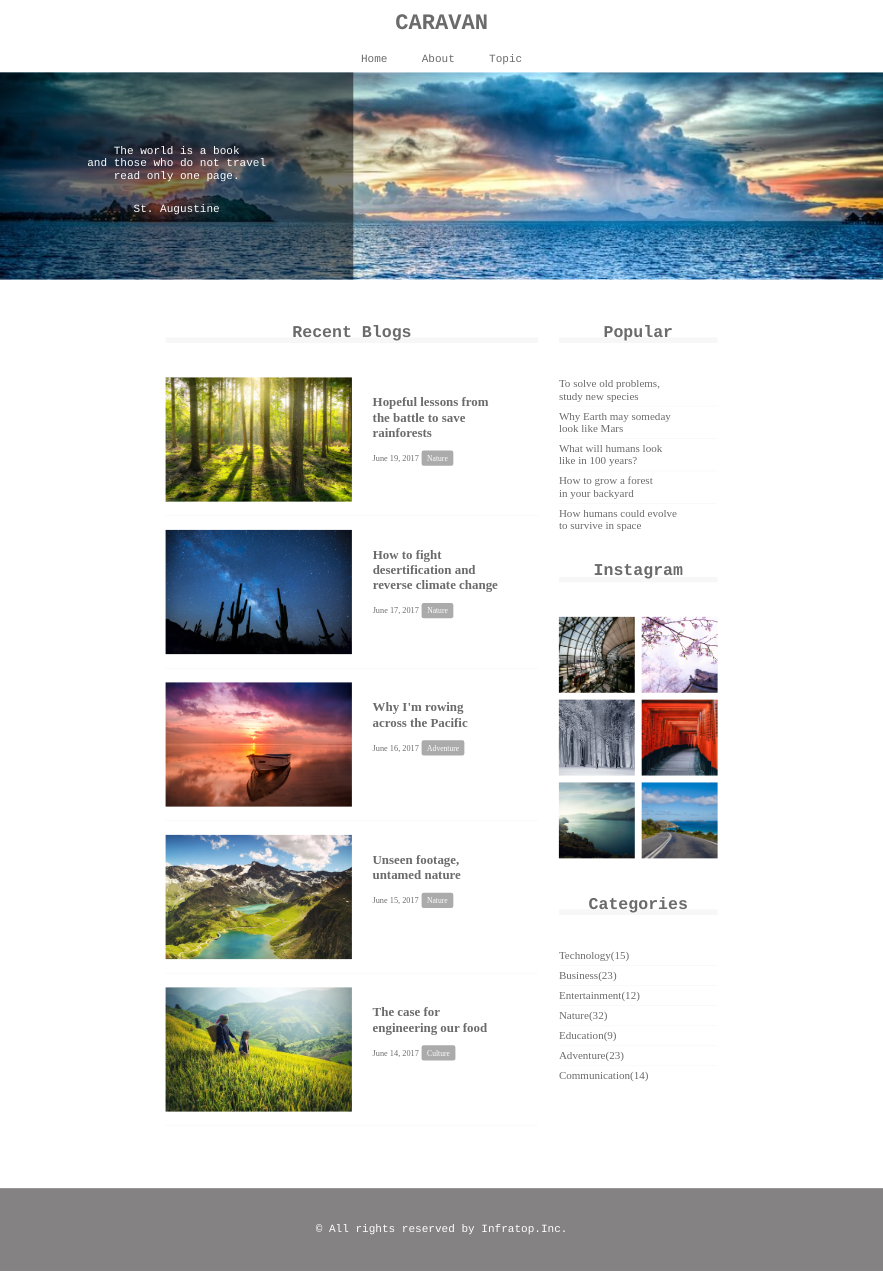
Repository: cacaobucks/git-practice
Page: caravan/index.html
The author's editor kept a record of every edit. The page is drawn from the files as they stood at one moment, then again after the next edit.
The browser window is 1280 px wide. The pictures show the whole page, at 69% of full size.

Above is the page before.

### caravan/index.html
<!DOCTYPE html>
<html lang="ja">
  <head>
    <meta charset="UTF-8" />
    <!-- CSSファイルの読み込み -->
    <link rel="stylesheet" href="style.css" />
    <title>CARAVAN</title>
  </head>

  <body>
    <!-- header -->
    <header>
      <h1 class="heading">
        <a href="index.html">
          CARAVAN
        </a>
      </h1>
    </header>

    <!-- navigation -->
    <nav>
      <ul class="nav-list">
        <li class="nav-list-item">
          <a href="index.html">Home</a>
        </li>
        <li class="nav-list-item">About</li>
        <li class="nav-list-item">Topic</li>
      </ul>
    </nav>

    <!-- main-visual用のdiv -->
    <div class="main-visual">
      <div class="main-visual-content">
        <p class="main-visual-text">
          The world is a book<br>
          and those who do not travel<br>
          read only one page.
        </p>
        <p class="main-visual-name">
          St. Augustine
        </p>
      </div>
    </div>

    <!-- main用のdiv -->
    <main>
      <section class="blog">
        <h2 class="blog-heading">Recent Blogs</h2>
        <div class="blog-box">
          <div class="blog-item">
            <img class="blog-image" src="img/forest.jpg" />
            <section class="blog-text">
              <h3 class="blog-text-heading">
                <a href="single.html">
                  Hopeful lessons from<br>
                  the battle to save<br>
                  rainforests
                </a>
              </h3>
              <p class="blog-date">June 19, 2017</p>
              <span class="category">Nature</span>
            </section>
          </div>
          <div class="blog-item">
            <img class="blog-image" src="img/desert.jpg" />
            <section class="blog-text">
              <h3 class="blog-text-heading">
                <a href="single.html">
                  How to fight<br>
                  desertification and<br>
                  reverse climate change
                </a>
              </h3>
              <p class="blog-date">June 17, 2017</p>
              <span class="category">Nature</span>
            </section>
          </div>
          <div class="blog-item">
            <img class="blog-image" src="img/sunset.jpg" />
            <section class="blog-text">
              <h3 class="blog-text-heading">
                <a href="single.html">
                  Why I'm rowing<br>
                  across the Pacific
                </a>
              </h3>
              <p class="blog-date">June 16, 2017</p>
              <span class="category">Adventure</span>
            </section>
          </div>
          <div class="blog-item">
            <img class="blog-image" src="img/italy.jpg" />
            <section class="blog-text">
              <h3 class="blog-text-heading">
                <a href="single.html">
                  Unseen footage,<br>
                  untamed nature
                </a>
              </h3>
              <p class="blog-date">June 15, 2017</p>
              <span class="category">Nature</span>
            </section>
          </div>
          <div class="blog-item">
            <img class="blog-image" src="img/asia.jpg" />
            <section class="blog-text">
              <h3 class="blog-text-heading">
                <a href="single.html">
                  The case for<br>
                  engineering our food
                </a>
              </h3>
              <p class="blog-date">June 14, 2017</p>
              <span class="category">Culture</span>
            </section>
          </div>
        </div>
      </section>

      <div class="sidebar">
        <section class="popular">
          <h2 class="popular-heading common-heading">Popular</h2>
          <div class="sidebar-contents">
            <p class="popular-text">To solve old problems,<br>study new species</p>
            <p class="popular-text">Why Earth may someday<br>look like Mars</p>
            <p class="popular-text">What will humans look<br>like in 100 years?</p>
            <p class="popular-text">How to grow a forest<br>in your backyard</p>
            <p class="popular-text">How humans could evolve<br>to survive in space</p>
          </div>
        </section>
        <section class="instagram">
          <h2 class="instagram-heading common-heading">Instagram</h2>
          <div class="sidebar-contents">
            <div class="instagram-box"></div>
            <div class="instagram-box"></div>
            <div class="instagram-box"></div>
            <div class="instagram-box"></div>
            <div class="instagram-box"></div>
            <div class="instagram-box"></div>
          </div>
        </section>
        <section class="categories">
          <h2 class="categories-heading common-heading">Categories</h2>
          <div class="sidebar-contents">
            <p class="categories-text">Technology(15)</p>
            <p class="categories-text">Business(23)</p>
            <p class="categories-text">Entertainment(12)</p>
            <p class="categories-text">Nature(32)</p>
            <p class="categories-text">Education(9)</p>
            <p class="categories-text">Adventure(23)</p>
            <p class="categories-text">Communication(14)</p>
          </div>
        </section>
      </div>
    </main>

    <!-- footer -->
    <footer>
      <p class="footer-text">© All rights reserved by Infratop.Inc.</p>
    </footer>
  </body>
</html>

### caravan/style.css
/* ブラウザがそれぞれ持っているCSSをリセットするための記述 */
* {
  margin: 0;
  padding: 0;
  box-sizing: border-box;
  color: #6c6b6b;
}

a {
  text-decoration: none;
}

header, nav, h2, .main-visual, footer {
  font-family: Chalkduster, "Bradley Hand", Courier, "Segoe Print", sans-serif;
}

header {
  width: 90%; /* 横幅90% */
  padding: 15px 0;
  margin: 0 auto;
  text-align: center;
  position: relative;
}



.social i {
  display: inline-block;
  margin-left: 20px;
}


header .heading {
  /* headerタグ内のheadingクラスにのみ反映される */
  font-size: 32px;
}

.nav-list {
  text-align: center;
  padding: 10px 0;
  margin: 0 auto;
}

.nav-list-item {
  list-style: none;
  display: inline-block;
  margin: 0 20px;
}

.main-visual {
  width: 100%; /* 横幅いっぱい */
  height: 300px; /* 高さ300px */
  background-image: url(img/mv.jpg);
  background-size: cover; /* 縦横比を維持したまま背景領域を埋め尽くす */
  background-position: center; /* 背景画像を中央に配置 */
}

.main-visual-content {
  width: 40%; /* 横幅40% */
  height: 300px; /* 親の高さに揃える */
  background-color: rgba(0, 0, 0, 0.5); /* 背景色を半透明の黒にする */
  text-align: center; /* 文字を中央揃えにする */
  padding-top: 105px; /* 上側の内側余白で垂直方向の位置を調整 */
}

.main-visual-text {
  color: #fff; /* 文字色を白に変更 */
}

.main-visual-name {
  margin-top: 30px; /* 上側の外側の余白 */
  color: #fff; /* 文字色を白に変更 */
}

main {
  width: 800px; /* 横幅800px */
  display: flex; /* Flexboxの利用 */
  justify-content: center; /* 要素の横並び・中央寄せ */
  margin: 0 auto; /* 要素の中央揃え */
  padding: 70px 0; /* 上下に70px、左右に0pxの内側余白 */
}

.blog {
  width: 540px;
  margin-right: 30px; /* 領域の右側余白 */
}

.blog-heading {
  border-bottom: 8px solid #f7f7f7;
  text-align: center;
  line-height: 0.6;
}

.blog-box {
  padding-top: 50px;
}

.blog-item {
  padding-bottom: 20px;
  margin-bottom: 20px;
  border-bottom: 1px solid #f7f7f7;
  display: flex;
  justify-content: flex-start;
}

.blog-image {
  height: 180px;
}

.blog-text {
  padding: 25px 0 0 30px;
}

.blog-text-heading {
  padding-bottom: 15px;
}

.blog-date {
  font-size: 12px;
  display: inline-block;
}

.category {
  display: inline-block;
  padding: 5px 8px;
  background-color: #acabab;
  border-radius: 3px;
  color: #fff;
  font-size: 11px;
}

.pagination {
  text-align: center;
  padding-top: 50px;
}

.pagination p {
  display: inline-block;
  width: 30px;
  height: 30px;
  margin: 0 5px;
  color: #fff;
  background-color: #acabab;
  border-radius: 3px;
  line-height: 30px;
}

.sidebar {
  width: 230px;
}

.common-heading {
  border-bottom: 8px solid #f7f7f7;
  text-align: center;
  line-height: 0.6;
}

.sidebar-contents {
  padding: 50px 0;
}

.popular-text,
.categories-text {
  padding-bottom: 5px;
  border-bottom: 1px solid #f7f7f7;
  margin-bottom: 5px;
}

.popular-text:last-child,
.categories-text:last-child {
  margin: 0;
  padding: 0;
  border: none;
}

.instagram .sidebar-contents {
  display: flex;
  flex-wrap: wrap;
}

.instagram-box {
  width: 110px;
  padding-top: 110px;
  background-size: cover;
  background-position: center;
  margin-bottom: 10px;
}

.instagram-box:nth-child(odd) {
  margin: 0 10px 10px 0;
}

.instagram-box:nth-child(1) {
  background-image: url(img/airport.jpg);
}

.instagram-box:nth-child(2) {
  background-image: url(img/japan.jpg);
}

.instagram-box:nth-child(3) {
  background-image: url(img/snow.jpg);
}

.instagram-box:nth-child(4) {
  background-image: url(img/japan2.jpg);
}

.instagram-box:nth-child(5) {
  background-image: url(img/lake.jpg);
}

.instagram-box:nth-child(6) {
  background-image: url(img/road.jpg);
}

footer {
  width: 100%;
  height: 120px;
  text-align: center;
  line-height: 120px;
  background-color: #848282;
}

.footer-text {
  color: #fff;
}




@media screen and (max-width: 425px) {
  header {width: 100%;}

  .nav-list {width: 100%;}

  .nav-list-item {width: 100%;margin: 0 0 10px 0;}

  .social {display: none;}

  .main-visual-content {width: 100%;}

  main {width: 100%;display: block;}

  .blog {width: 100%;margin: 0;}

  .blog-box {padding-left: 2%;padding-right: 2%;}

  .blog-image {width: 49%;}

  .blog-text {width: 49%;padding-top: 5px;}

  .sidebar {width: 100%;}

  .sidebar-contents {padding-left: 3%;padding-right: 3%;}

  .instagram-box {width: 48%;padding-top: 48%;}

  .instagram-box:nth-child(odd) {margin-right: 4%;}

  .pagination {margin-bottom: 50px;}
}

After the next edit:
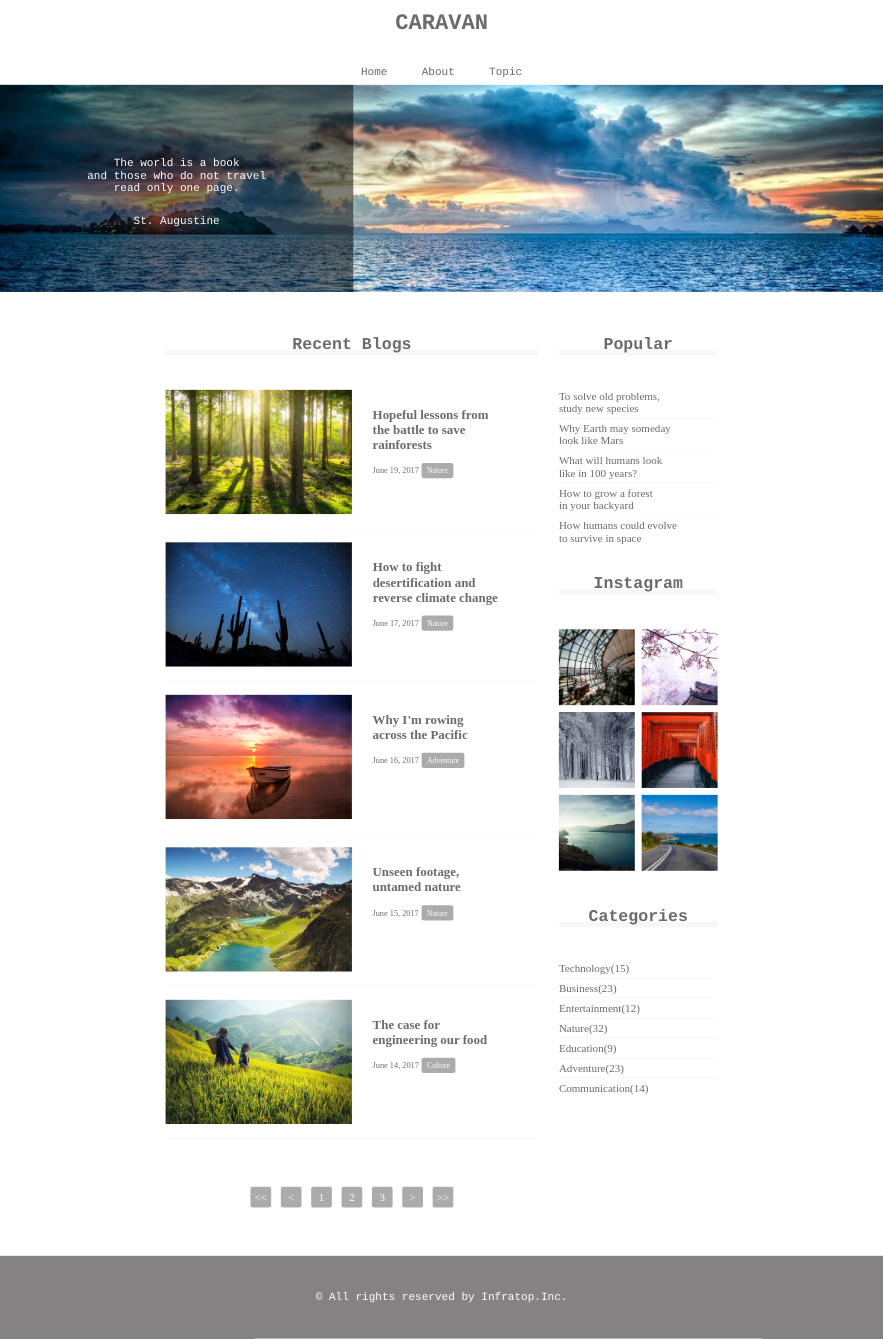
The edit:
--- a/caravan/index.html
+++ b/caravan/index.html
@@ -15,6 +15,11 @@
           CARAVAN
         </a>
       </h1>
+      <div class="social">
+        <i class="fab fa-facebook-square"></i>
+        <i class="fab fa-twitter-square"></i>
+        <i class="fab fa-instagram"></i>
+      </div>
     </header>
 
     <!-- navigation -->
@@ -32,8 +37,8 @@
     <div class="main-visual">
       <div class="main-visual-content">
         <p class="main-visual-text">
-          The world is a book<br>
-          and those who do not travel<br>
+          The world is a book<br />
+          and those who do not travel<br />
           read only one page.
         </p>
         <p class="main-visual-name">
@@ -52,8 +57,8 @@
             <section class="blog-text">
               <h3 class="blog-text-heading">
                 <a href="single.html">
-                  Hopeful lessons from<br>
-                  the battle to save<br>
+                  Hopeful lessons from<br />
+                  the battle to save<br />
                   rainforests
                 </a>
               </h3>
@@ -66,8 +71,8 @@
             <section class="blog-text">
               <h3 class="blog-text-heading">
                 <a href="single.html">
-                  How to fight<br>
-                  desertification and<br>
+                  How to fight<br />
+                  desertification and<br />
                   reverse climate change
                 </a>
               </h3>
@@ -80,7 +85,7 @@
             <section class="blog-text">
               <h3 class="blog-text-heading">
                 <a href="single.html">
-                  Why I'm rowing<br>
+                  Why I'm rowing<br />
                   across the Pacific
                 </a>
               </h3>
@@ -93,7 +98,7 @@
             <section class="blog-text">
               <h3 class="blog-text-heading">
                 <a href="single.html">
-                  Unseen footage,<br>
+                  Unseen footage,<br />
                   untamed nature
                 </a>
               </h3>
@@ -106,7 +111,7 @@
             <section class="blog-text">
               <h3 class="blog-text-heading">
                 <a href="single.html">
-                  The case for<br>
+                  The case for<br />
                   engineering our food
                 </a>
               </h3>
@@ -115,17 +120,35 @@
             </section>
           </div>
         </div>
+        <div class="pagination">
+          <p><<</p>
+          <p><</p>
+          <p>1</p>
+          <p>2</p>
+          <p>3</p>
+          <p>></p>
+          <p>>></p>
+        </div>
       </section>
-
       <div class="sidebar">
         <section class="popular">
           <h2 class="popular-heading common-heading">Popular</h2>
           <div class="sidebar-contents">
-            <p class="popular-text">To solve old problems,<br>study new species</p>
-            <p class="popular-text">Why Earth may someday<br>look like Mars</p>
-            <p class="popular-text">What will humans look<br>like in 100 years?</p>
-            <p class="popular-text">How to grow a forest<br>in your backyard</p>
-            <p class="popular-text">How humans could evolve<br>to survive in space</p>
+            <p class="popular-text">
+              To solve old problems,<br />study new species
+            </p>
+            <p class="popular-text">
+              Why Earth may someday<br />look like Mars
+            </p>
+            <p class="popular-text">
+              What will humans look<br />like in 100 years?
+            </p>
+            <p class="popular-text">
+              How to grow a forest<br />in your backyard
+            </p>
+            <p class="popular-text">
+              How humans could evolve<br />to survive in space
+            </p>
           </div>
         </section>
         <section class="instagram">
